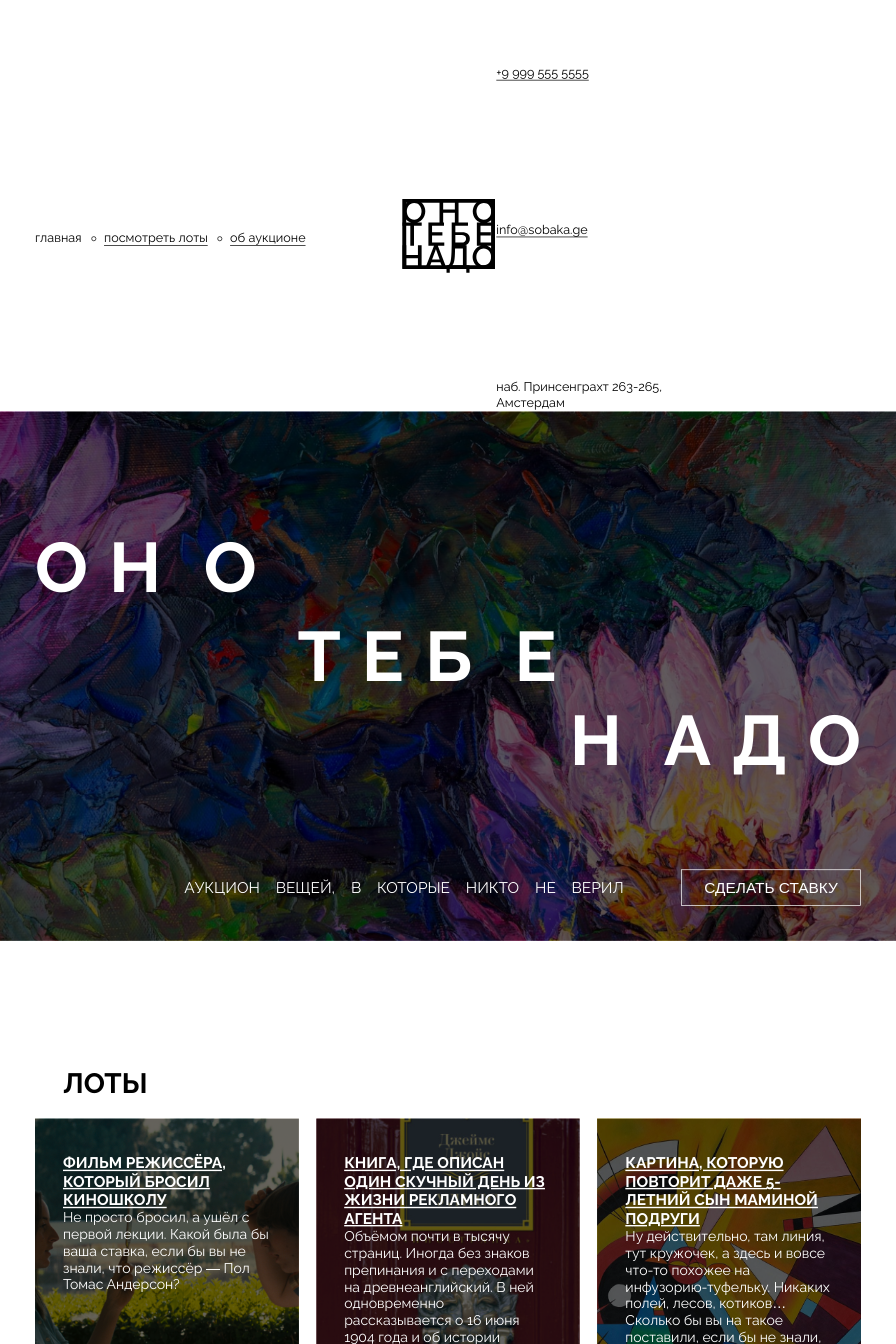
Repository: Hadoooouken/ono-tebe-nado
Page: index.html
An editor plug-in stored every save of this project. The page is shown before and after the next save, followed by the edit.
The browser window is 1280 px wide. The pictures show the part of the page from y = 0 to 1920 px (the page is 3471 px tall before and 2687 px after), at 70% of full size.

Above is the page before, as saved 2023-11-28 23:54:06.

After the next save:
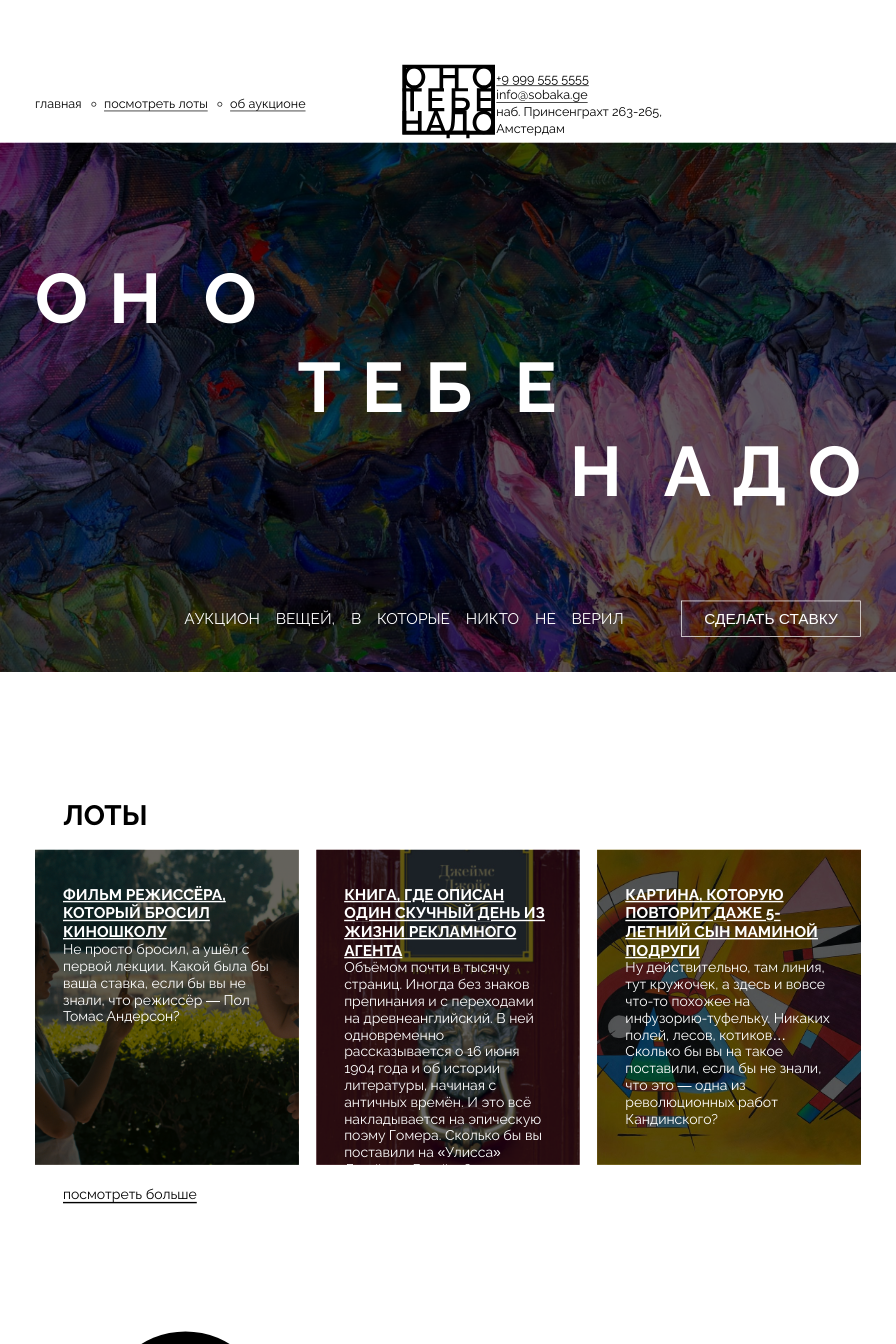
Saved 6 s later.
--- a/styles/style.css
+++ b/styles/style.css
@@ -13,7 +13,7 @@
 .address {
  display: flex;
  flex-direction: column;
- gap: 200px;
+
 
 }
 
